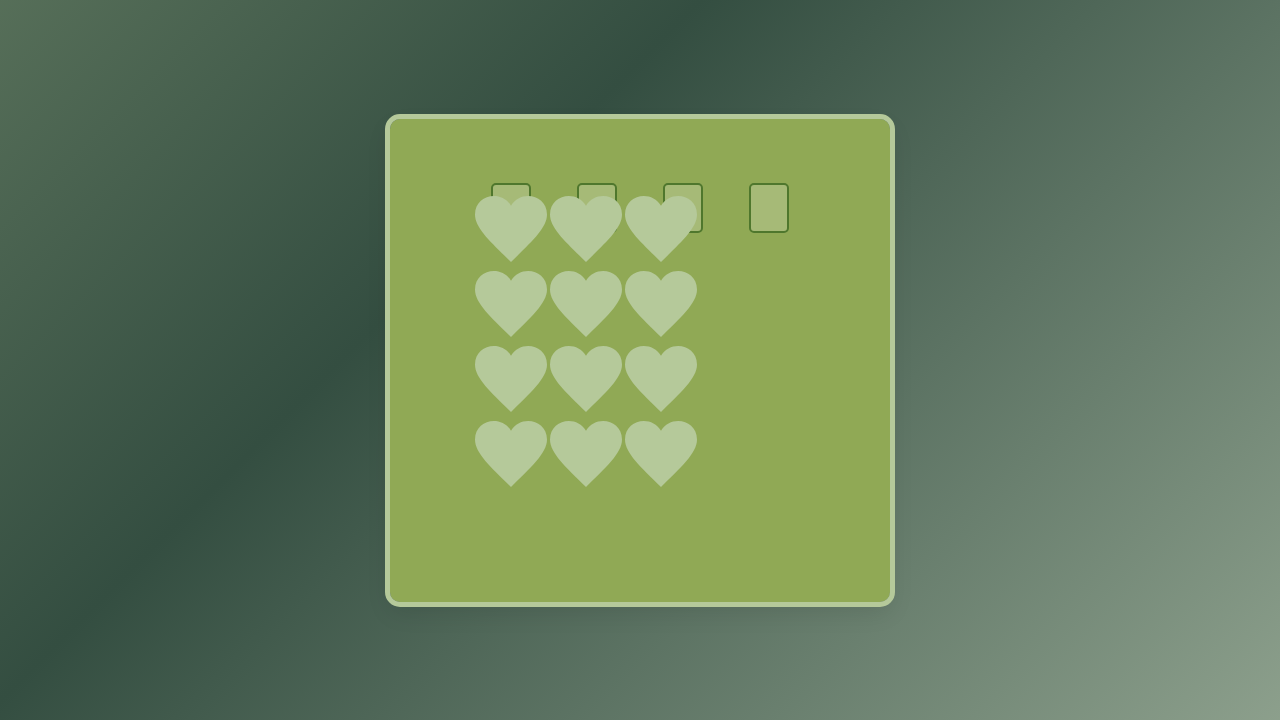
Repository: jahatesu/project-cutie
Page: index.html
The author's editor kept a copy of each file at every save. The page is drawn from the files as they stood at one save, then again after the next save.
The browser window is 1280 px wide. The pictures show the whole page.
Some web libraries are served in a nearby version.

Above is the page before, as saved 2025-08-14 21:11:05.
Console error: TypeError: Cannot read properties of null (reading 'getBoundingClientRect')

After the next save:
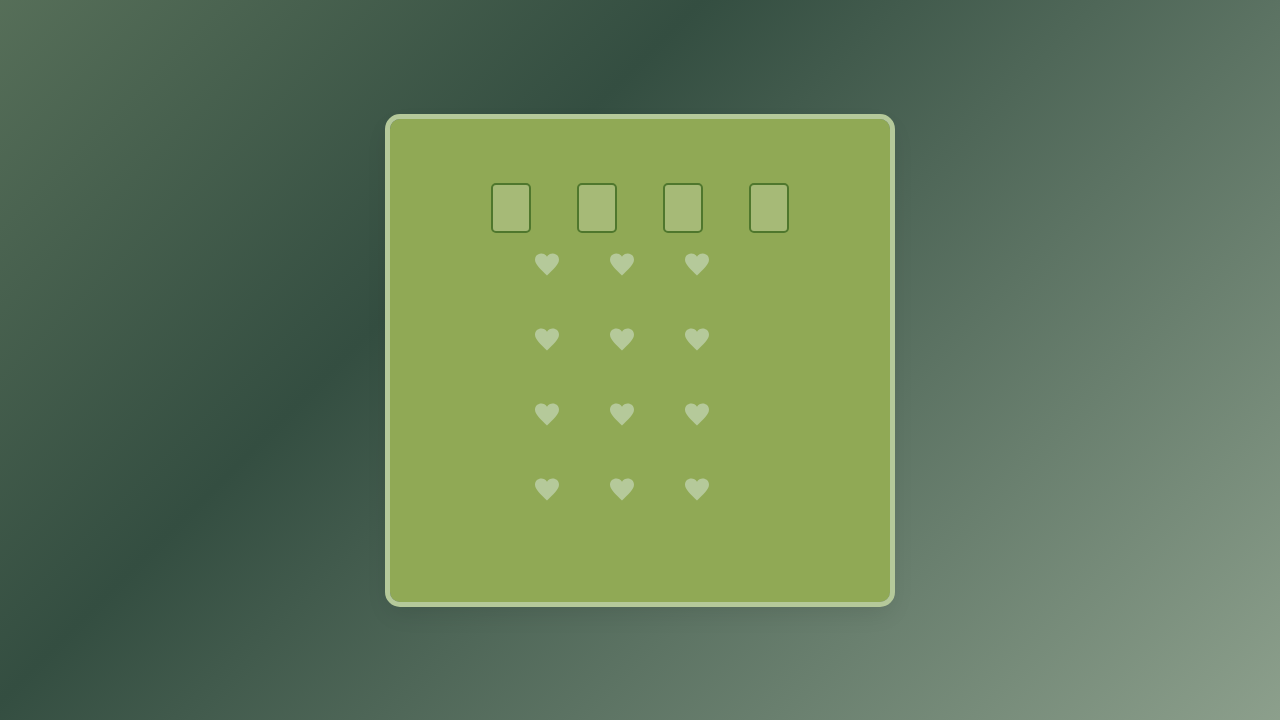
Saved 22 s later.
--- a/style.css
+++ b/style.css
@@ -88,8 +88,6 @@ body {
   cursor: pointer;
   background: #b5c99a;
   clip-path: path("M12 4.248c-3.148-5.402-12-3.825-12 2.944 0 4.661 5.571 9.427 12 15.808 6.43-6.381 12-11.147 12-15.808 0-6.792-8.875-8.306-12-2.944z");
-  transform: scale(3);
-  justify-content: center;
 
 /* .wrapper i {
   font-size: 50px;
